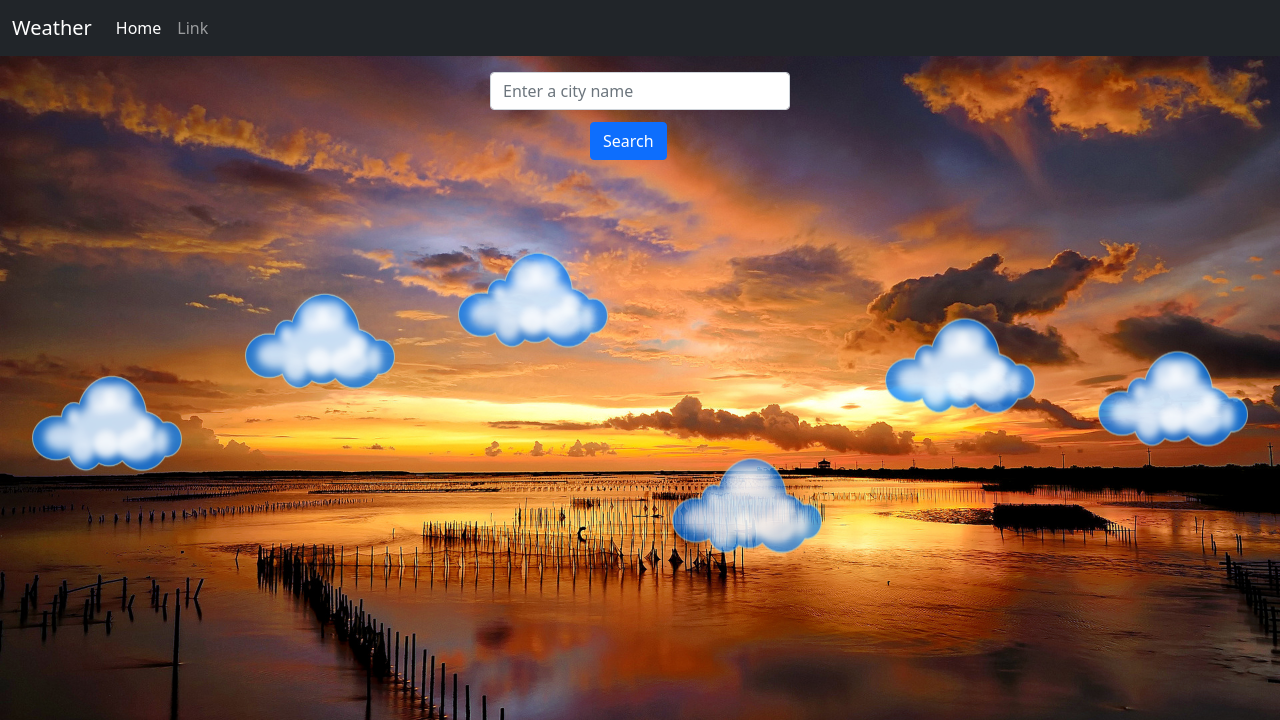
Repository: rohitbharti258/Project_Weather_finder
Page: index.html
These files come from the project's save history. The page is drawn as it stood at one moment and after the next save; the edit follows.
The browser window is 1280 px wide. The pictures show the whole page.

Above is the page before, as saved 2022-02-28 13:14:37.

### index.html
<!DOCTYPE html>
<html lang="en">

<head>
    <meta charset="UTF-8">
    <meta http-equiv="X-UA-Compatible" content="IE=edge">
    <meta name="viewport" content="width=device-width, initial-scale=1.0">
    <title>Weather App</title>
    <link rel="stylesheet" href="style.css">
    <link href="https://cdn.jsdelivr.net/npm/bootstrap@5.1.3/dist/css/bootstrap.min.css" rel="stylesheet"
        integrity="sha384-1BmE4kWBq78iYhFldvKuhfTAU6auU8tT94WrHftjDbrCEXSU1oBoqyl2QvZ6jIW3" crossorigin="anonymous">
</head>

<body>
    <nav class="navbar navbar-expand-lg navbar-dark bg-dark">
        <div class="container-fluid">
            <a class="navbar-brand" href="#">Weather</a>
            <button class="navbar-toggler" type="button" data-bs-toggle="collapse"
                data-bs-target="#navbarSupportedContent" aria-controls="navbarSupportedContent" aria-expanded="false"
                aria-label="Toggle navigation">
                <span class="navbar-toggler-icon"></span>
            </button>
            <div class="collapse navbar-collapse" id="navbarSupportedContent">
                <ul class="navbar-nav me-auto mb-2 mb-lg-0">
                    <li class="nav-item">
                        <a class="nav-link active" aria-current="page" href="#">Home</a>
                    </li>
                    <li class="nav-item">
                        <a class="nav-link" href="#">Link</a>
                    </li>
                </ul>
            </div>
        </div>
    </nav>
    <div class="cloud">
        <img clas="animae" src="./cloud.png" alt="" srcset="">
        <img clas="animae" src="./cloud.png" alt="" srcset="">
        <img clas="animae" src="./cloud.png" alt="" srcset="">
        <img clas="animae" src="./cloud.png" alt="" srcset="">
        <img clas="animae" src="./cloud.png" alt="" srcset="">
        <img clas="animae" src="./cloud.png" alt="" srcset="">
    </div>
    <div class="container my-3">
        <div class="form">
        <!-- <form class="row g-3 ">  -->
            <div class="col-auto" style="width: 300px;">
                <input type="text" class="form-control" id="inputPassword2" placeholder="Enter a city name">
            </div>
            <div class="col-auto">
                <button type="submit" class="btn btn-primary mb-3">Search</button>
            </div>
        <!-- </form> -->
        </div>
    <!-- </div> -->
    <div class="weatherBox">

    </div>
    </div>
    <script src="index.js"></script>
    <!-- <script src="https://cdn.jsdelivr.net/npm/@popperjs/core@2.10.2/dist/umd/popper.min.js"
        integrity="sha384-7+zCNj/IqJ95wo16oMtfsKbZ9ccEh31eOz1HGyDuCQ6wgnyJNSYdrPa03rtR1zdB"
        crossorigin="anonymous"></script>
    <script src="https://cdn.jsdelivr.net/npm/bootstrap@5.1.3/dist/js/bootstrap.min.js"
        integrity="sha384-QJHtvGhmr9XOIpI6YVutG+2QOK9T+ZnN4kzFN1RtK3zEFEIsxhlmWl5/YESvpZ13"
        crossorigin="anonymous"></script>
    <script type="module" src="https://unpkg.com/ionicons@5.5.2/dist/ionicons/ionicons.esm.js"></script>
    <script nomodule src="https://unpkg.com/ionicons@5.5.2/dist/ionicons/ionicons.js"></script> -->
</body>

<!-- // <img src="https://img.icons8.com/color/48/000000/wet.png"/>
// <img src="https://img.icons8.com/color/48/000000/partly-cloudy-day--v1.png"/>
// <img src="https://img.icons8.com/color/48/000000/rain--v2.png"/>  -->


</html>

### style.css
body {
    /* background:linear-gradient(180deg,#5959b3 0%,skyBlue 100%); */
    background: url("./img/bgimg.jpg");
    /* background: url("https://cdn.wallpapersafari.com/43/51/iQEfDy.jpg"); */
    background-repeat: no-repeat;
    background-size: cover;
    width: 100vw;
    height: 100vh;
}

.form {
    width: 300px;
    margin: 0 auto;
}
.cloud{
    display: flex;
    justify-content: space-around;
    align-items: center;
    position: absolute;
    bottom:0px;
    min-width:100%;
    transition: all 0.4s;

}

.cloud img{
    width:150px;
    height:100px;
    opacity:0;
    animation: cloud 7s linear infinite;
}
@keyframes cloud {
    0%{
        transform: translateY(0);
        opacity:0;
    }
    10%,20%{
        opacity:0.3;
    }
    30%,50%{

        opacity:1;
    }
    70%{

        opacity:1;
    }
    100%{
        transform: translateY(-80vh);
        opacity:1;
    }
}
.cloud img:nth-child(1){
    animation-delay: 2s;
}
.cloud img:nth-child(2){
    animation-delay: 1s;
}
.cloud img:nth-child(3){
    animation-delay: 0.5s;
}
.cloud img:nth-child(4){
    animation-delay: 3s;
}
.cloud img:nth-child(5){
    animation-delay: 1.3s;
}
.cloud img:nth-child(6){
    animation-delay: 1.7s;
}
.weatherBox {
    margin-left: 120px;
    width: 235px;
    height: 300px;
    margin: 0 auto;
    z-index: 1000;
}

.Box {
    display: flex;
    flex-direction: column;
    width: 100%;
    box-shadow: 0px 20px 20px rgba(255, 255, 255, 0.3);
    height: 100%;
    /* border:2px solid; */
    /* border-color: linear-gradient(red,blue); */
    border-radius: 10px;
}

.temp {
    margin-bottom: 15px;
    display: flex;
    justify-content: space-around;
    flex-direction: column;
    float: right;
    font-size: 13px;
    position: absolute;
    right: 40px;
    font-family: -apple-system, BlinkMacSystemFont, 'Segoe UI', Roboto, Oxygen, Ubuntu, Cantarell, 'Open Sans', 'Helvetica Neue', sans-serif;
}

.tempNow {
    text-align: center;
}

.minmax {
    display: flex;
    justify-content: center;
    /* display: none; */
}

.minmax :first-child {
    margin-right: 5px;
}

.cardBox {
    /* border: 2px solid red; */
    width: 100%;
    height: 100%;
    position: relative;
    display: flex;
    justify-content: center;
    align-items: center;
    z-index: 10;
    background: linear-gradient( 135deg, #2196f3, #00bcd4);
    /* border-radius: 20px; */
    /* border-bottom: 2px solid red; */
}

.content {
    width: 100%;
    height: 170px;
    /* border: 1px solid green; */
    /* border: 1px solid #009688; */
    /* border-radius: 20px; */
    border-top: none;
    padding: 30px;
    position: relative;
    backdrop-filter: blur(10px);
    background: linear-gradient( 45deg, black, transparent);
}


/* .content::before{
    content: "";
    position: absolute;
    top: -15px;
    width: 16px;
    left: -1px;
    z-index: 1;
    background: linear-gradient(45deg,black,transparent);
        backdrop-filter:blur(10px);
    height: 16px; */


/* } */


/* .content::after{
    content: "";
    position: absolute;
    top: -12px;
    width: 1px;
    right: -1px; background:#009688;
    height: 10px;
} */

.location {
    display: flex;
    justify-content: space-between;
}

.weather {
    display: flex;
    justify-content: space-between;
}

img {
    width: 22px;
    height: 22px;
}

span p {
    text-align: center;
}

.cardinfo {
    width: 350px;
    display: flex;
}

.date {
    position: absolute;
    top: 0;
    right: 10px;
}

.name {
    position: absolute;
    top: 0;
    left: 10px;
}

.cloudinfo img {
    width: 68px;
    height: 68px;
}

.cloudinfo p {
    font-size: 13px;
    color: rgb(15, 7, 7);
    text-align: center;
}

.content span {
    text-align: center;
}

span p {
    font-size: 10px;
    color: white;
    text-align: center;
    display: flex;
    flex-direction: column;
    align-items: center;
    margin: 0;
}

.form :nth-child(2) {
    margin: 12px auto;
    width: 100px;
}

### index.js
console.log("Weather app")
const btn = document.querySelector(".btn");
const input = document.querySelector(".form-control");
const api = "51d41d6f1c399b2abc7a3fcbfbb057c7";
const weatherBox = document.querySelector(".weatherBox")
let city = "";
const arr = ["Jan", "Feb", "Mar", "Apr", "May", "Jun", "Jul", "Aug", "Sep", "Oct", "Nov", "Dec"];
btn.addEventListener("click", (e) => {
    console.log(e);
    e.preventDefault();
    let str2 = ""
    city = input.value;
    console.log(city)
    input.value = ""
    const xhr = new XMLHttpRequest();
    xhr.open("GET", `https://api.openweathermap.org/data/2.5/weather?q=${city}&appid=${api}`, true);

    xhr.onload = function() {
        let obj = JSON.parse(this.responseText);
        console.log(obj.cod)
        if (obj.cod === 429) {
            str2 += obj.message;
            weatherBox.innerHTML = str2;
        } else
        if (this.status == 200) {

            let ob = [];
            // console.log(ob.push(...obj))/
            let cardbox = document.querySelector(".cardBox");
            let content = document.querySelector(".content")
            str = "";
            str2 = "";
            let sunrise = displayEndtime(obj.sys.sunrise);
            let sunset = displayEndtime(obj.sys.sunset);
            let date = displayDay();
            let c = `&#8451`;
            if (obj.cod == "404") {

            } else {
                str += `
            <div class="Box">
                <div class="cardBox">
                    <div class="cloudinfo">
                      <img src=${"./img/"}${obj.weather[0].main}${".png"}>
                      <p>${obj.weather[0].main}${" | "}${"Feels like "}${(obj.main.feels_like-273).toFixed(0)}${c}</p>
                    </div>
                    <div class="name">
                       <span>${obj.name}${" ,"}${obj.sys.country}</span>
                    </div>
                    <div class="date">
                       <p>${date}</p>
                    </div>
                    <div class="temp">
                        <span class="tempNow">${(obj.main.temp -273.15).toFixed(0)}${c}</span>
                        <div class="minmax">
                           <span class="mintemp">${(obj.main.temp_min-273.15).toFixed(0)}${c}</span>
                           <span class="maxtemp">${(obj.main.temp_max-273.15).toFixed(0)}${c}</span>
                        </div>
                    </div>
                </div>
                <div class="content">
                    <div class="weather">
                        <span class="humidity"><img src="./img/blur.png"/>
                           <p>${obj.main.humidity}${"%"}</p>
                           <p>Humidity</p>
                        </span>
                        <span class="wind"><img src="./img/wind.png"/>
                           <p>${obj.wind.speed}${"m/s"}</p>
                           <p>Wind</p>
                        </span>
                        <span class="sunrise"> <img src="./img/sunrise.png"/>
                           <p>${sunrise}</p>
                           <p>Sunrise</p>
                        </span>
                    </div>
                    <div class="location">
                        <span class="lat">  <img src="./img/latitude.png"/>
                          <p>${obj.coord.lat.toFixed(2)}</p>
                          <p>Latitude</p>
                        </span>
                        <span class="lon"> <img src="./img/longitude.png"/>
                          <p>${obj.coord.lon.toFixed(2)}</p><p>Longitude</p></span>
                        <span class="sunrise"><img src="./img/sunset.png"/>
                          <p>${sunset}</p>
                          <p>Sunset</p>
                        </span>
                    </div>
                </div>
            </div>`;
                weatherBox.innerHTML = str;
                // console.log(str);
            }
        } else {
            console.log("error");
            str2 += "City not found";
            weatherBox.innerHTML = str2;
        }
    }
    xhr.send();
});

function displayEndtime(tstamp) {
    const end = new Date(tstamp);

    const hour = end.getHours();
    const min = end.getMinutes();
    const dis = `${hour > 12 ? hour - 12 : hour}:${min < 10 ? "0" : ""}${min}`;
    return dis;
}

function displayDay() {
    const end = new Date();

    const date = end.getDate();
    const mon = end.getMonth();
    const dis = `${arr[mon]}${","}${date}`;
    return dis;
}

const animae = document.querySelectorAll(".animae");
function randomsize(min,max){
    min = Math.ceil(40);
    max =Math.ceil(150);
    return Math.floor((max-min)*99 + min);
}
animae.forEach((e)=>{
   e.style.width = randomsize + 'px';
   e.style.height = randomsize + 'px';

})

After the next save:
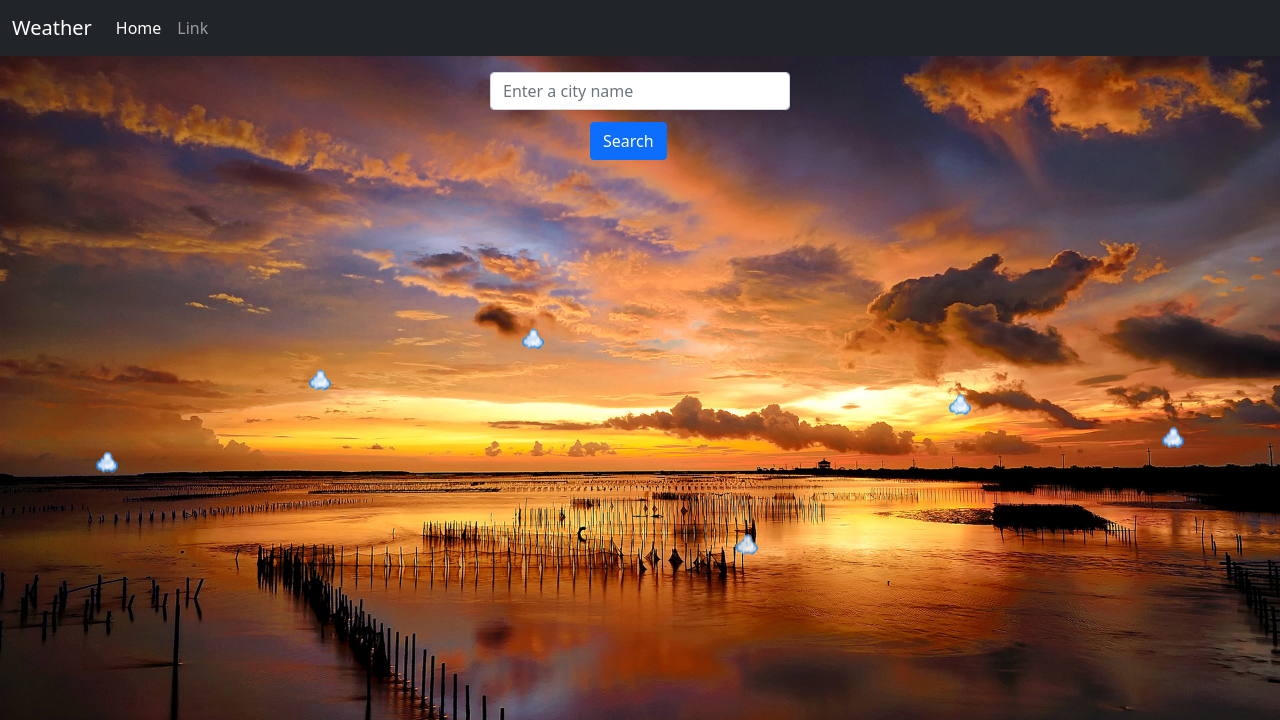
Saved 20 s later.
--- a/style.css
+++ b/style.css
@@ -24,8 +24,8 @@ body {
 }
 
 .cloud img{
-    width:150px;
-    height:100px;
+    /* width:150px;
+    height:100px; */
     opacity:0;
     animation: cloud 7s linear infinite;
 }
